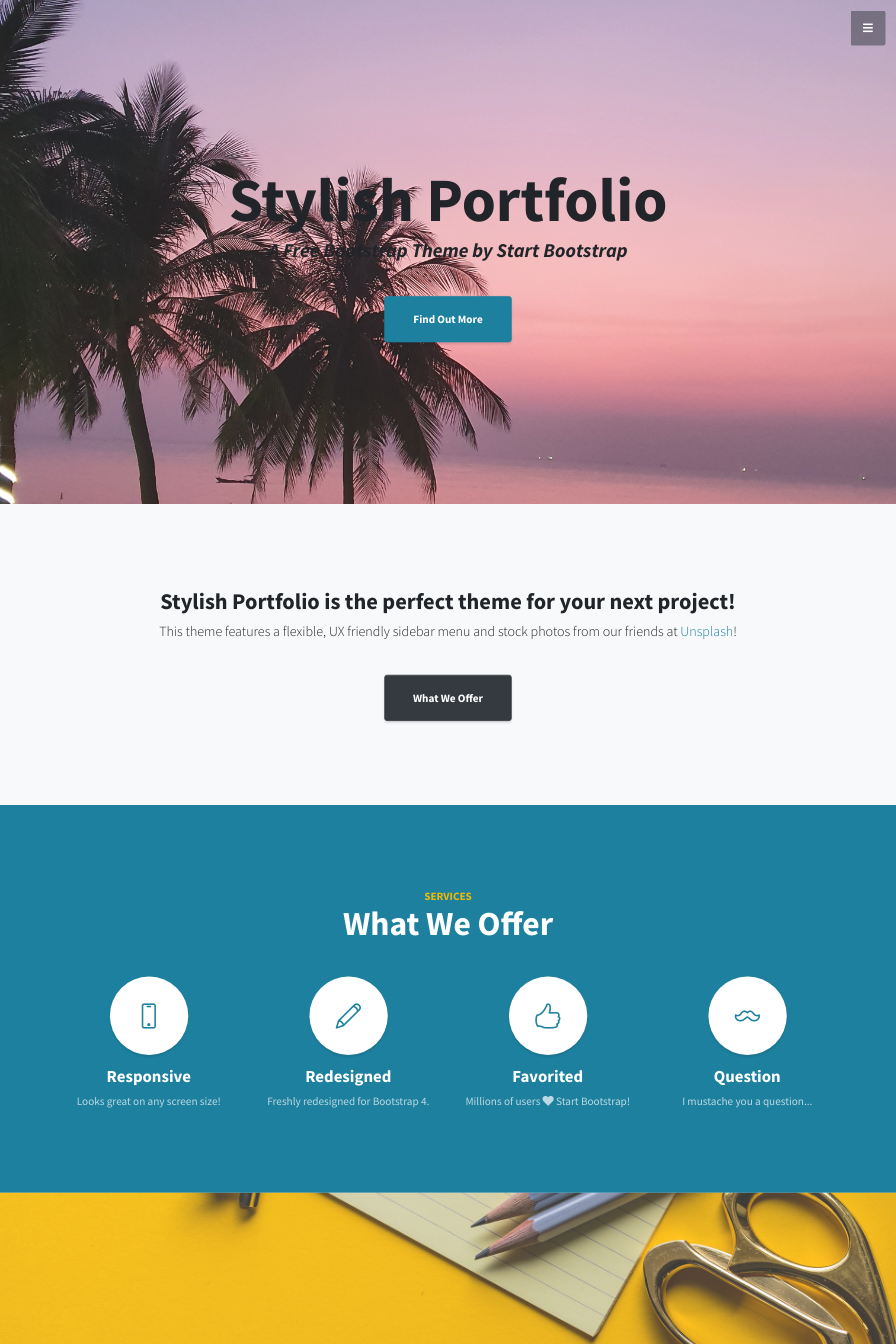
Repository: hyunah-aha/hyunah-aha
Page: HTML/template/index.html
The author's editor kept a record of every edit. The page is drawn from the files as they stood at one moment, then again after the next edit.
The browser window is 1280 px wide. The pictures show the part of the page from y = 0 to 1920 px (the page is 4677 px tall), at 70% of full size.
Some web fonts or font styles are not loaded; a fallback is used.

Above is the page before.

After the next edit:
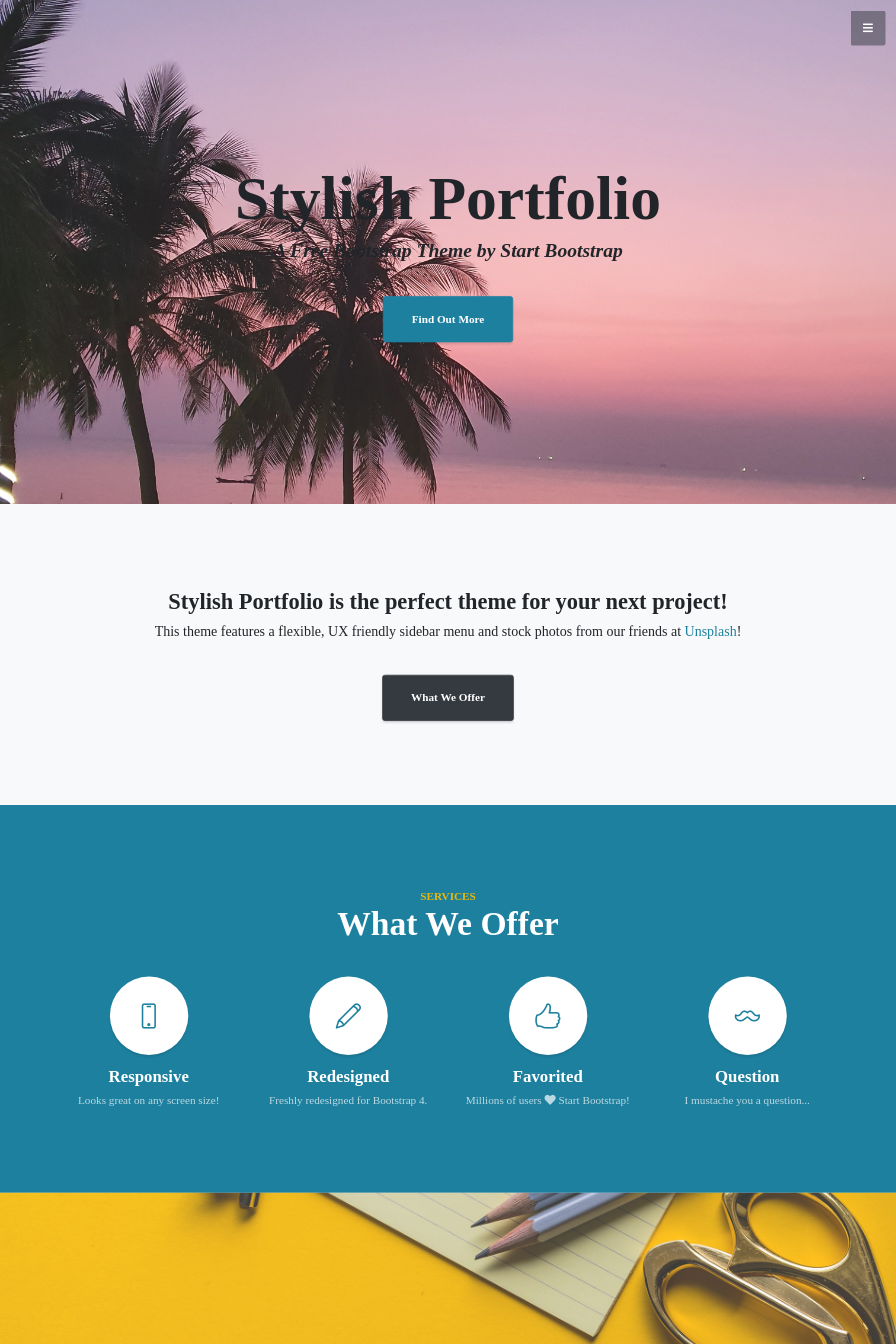
The edit:
--- a/HTML/template/css/stylish-portfolio.css
+++ b/HTML/template/css/stylish-portfolio.css
@@ -11,7 +11,7 @@
 }
 
 body {
-  font-family: 'Source Sans Pro';
+  font-family: 'Cafe24Oneprettynight';
 }
 
 .btn-xl {
